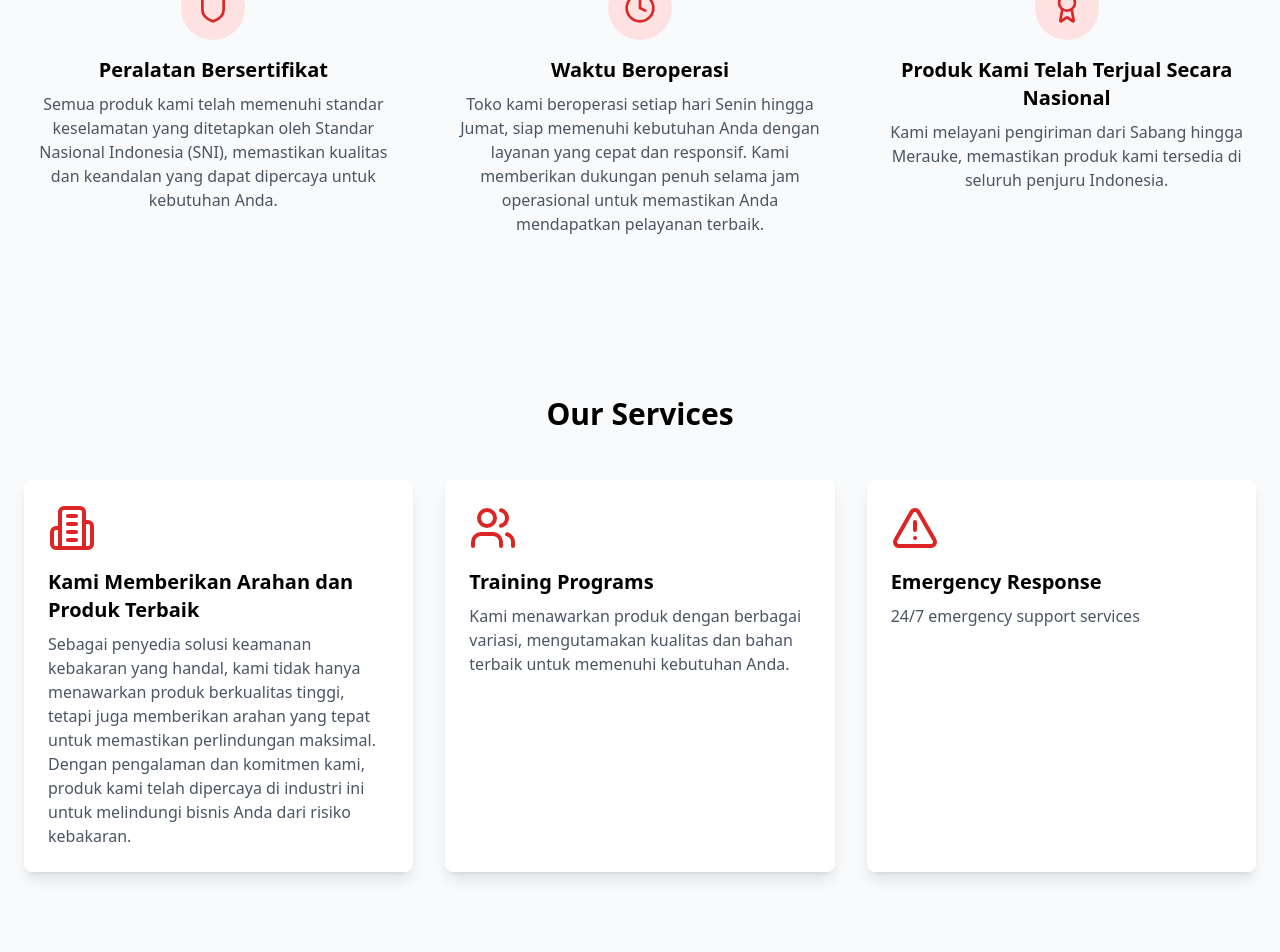
Repository: matrixmas/matrixmas.github.io
Page: /
These files come from the project's save history. The page is drawn as it stood at one moment and after the next save; the edit follows.
The browser window is 1280 px wide. The pictures show the part of the page from y = 704 to 1656 px (the page is 1656 px tall).
The project was rebuilt for these pictures with package versions that can differ from the ones it lists, and the page was loaded fresh each time. Also part of the build but not shown: vite.config.ts, src/components/Header.tsx, src/pages/Products.tsx, src/pages/ProductDetail.tsx, src/pages/About.tsx, src/pages/Contact.tsx.

Above is the page before, as saved 2025-02-04 13:34:21.

### index.html
<!doctype html>
<html lang="en">
  <head>
    <meta charset="UTF-8" />
    <link rel="icon" type="image/svg+xml" href="/vite.svg" />
    <meta name="viewport" content="width=device-width, initial-scale=1.0" />
    <title>Matrix Fire Extinguisher</title>
  </head>
  <body>
    <div id="root"></div>
    <script type="module" src="/src/main.tsx"></script>
  </body>
</html>

### src/App.tsx
import React from 'react';
import { BrowserRouter as Router, Routes, Route } from 'react-router-dom';
import Home from './pages/Home';
import Products from './pages/Products';
import ProductDetail from './pages/ProductDetail';
import About from './pages/About';
import Contact from './pages/Contact';

function App() {
  return (
    <Router>
      <Routes>
        <Route path="/" element={<Home />} />
        <Route path="/products" element={<Products />} />
        <Route path="/products/:id" element={<ProductDetail />} />
        <Route path="/about" element={<About />} />
        <Route path="/contact" element={<Contact />} />
      </Routes>
    </Router>
  );
}

export default App;

### src/pages/Home.tsx
import React from 'react';
import { Shield, Phone, ShoppingCart, Award, Clock, AlertTriangle, FireExtinguisher, Building2, Users } from 'lucide-react';
import { Link } from 'react-router-dom';
import Navbar from '../components/Navbar';

export default function Home() {
  return (
    <div className="min-h-screen bg-white">
      {/* Hero Section */}
      <header className="relative h-[600px]">
        <div className="absolute inset-0 bg-black/50 z-10" />
        <img
          src="https://static.wixstatic.com/media/60950c08c94d45479365133f9df72605.jpg/v1/fill/w_2577,h_1183,al_c,q_90,enc_avif,quality_auto/60950c08c94d45479365133f9df72605.jpg"
          alt="Fire Safety Equipment"
          className="absolute inset-0 w-full h-full object-cover"
        />
        <Navbar />
        <div className="relative z-20 container mx-auto px-6 pt-32">
          <h1 className="text-5xl font-bold text-white mb-6">Jual Alat Pemadam Api Berkualitas dan Ramah Lingkungan di Surabaya</h1>
          <p className="text-xl text-gray-200 mb-8 max-w-2xl">Cari alat pemadam api yang murah namun berkualitas? Matrix Fire Extinguisher hadir dengan pilihan produk alat pemadam api dan peralatan safety lainnya yang ramah lingkungan dan terjangkau. Kami menawarkan solusi terbaik untuk perorangan maupun bisnis, dengan layanan di Surabaya. Hubungi kami untuk mendapatkan produk berkualitas dengan harga kompetitif!</p>
          <div className="flex space-x-4">
            <Link to="/products" className="bg-red-600 text-white px-8 py-3 rounded-lg hover:bg-red-700 flex items-center space-x-2">
              <ShoppingCart className="h-5 w-5" />
              <span>Products</span>
            </Link>
            <Link to="/contact" className="bg-white text-red-600 px-8 py-3 rounded-lg hover:bg-gray-100 flex items-center space-x-2">
              <Phone className="h-5 w-5" />
              <span>Contact Sales</span>
            </Link>
          </div>
        </div>
      </header>

      {/* Features Section */}
      <section className="py-20 bg-gray-50">
        <div className="container mx-auto px-6">
          <div className="grid grid-cols-1 md:grid-cols-3 gap-12">
            <div className="flex flex-col items-center text-center">
              <div className="bg-red-100 p-4 rounded-full mb-4">
                <Shield className="h-8 w-8 text-red-600" />
              </div>
              <h3 className="text-xl font-semibold mb-2">Peralatan Bersertifikat</h3>
              <p className="text-gray-600">Semua produk kami telah memenuhi standar keselamatan yang ditetapkan oleh Standar Nasional Indonesia (SNI), memastikan kualitas dan keandalan yang dapat dipercaya untuk kebutuhan Anda.</p>
            </div>
            <div className="flex flex-col items-center text-center">
              <div className="bg-red-100 p-4 rounded-full mb-4">
                <Clock className="h-8 w-8 text-red-600" />
              </div>
              <h3 className="text-xl font-semibold mb-2">Waktu Beroperasi</h3>
              <p className="text-gray-600">Toko kami beroperasi setiap hari Senin hingga Jumat, siap memenuhi kebutuhan Anda dengan layanan yang cepat dan responsif. Kami memberikan dukungan penuh selama jam operasional untuk memastikan Anda mendapatkan pelayanan terbaik.</p>
            </div>
            <div className="flex flex-col items-center text-center">
              <div className="bg-red-100 p-4 rounded-full mb-4">
                <Award className="h-8 w-8 text-red-600" />
              </div>
              <h3 className="text-xl font-semibold mb-2">Produk Kami Telah Terjual Secara Nasional</h3>
              <p className="text-gray-600">Kami melayani pengiriman dari Sabang hingga Merauke, memastikan produk kami tersedia di seluruh penjuru Indonesia.</p>
            </div>
          </div>
        </div>
      </section>

      {/* Services Section */}
      <section className="py-20 bg-gray-50">
        <div className="container mx-auto px-6">
          <h2 className="text-3xl font-bold text-center mb-12">Our Services</h2>
          <div className="grid grid-cols-1 md:grid-cols-3 gap-8">
            <div className="bg-white p-6 rounded-lg shadow-lg">
              <Building2 className="h-12 w-12 text-red-600 mb-4" />
              <h3 className="text-xl font-semibold mb-2">Kami Memberikan Arahan dan Produk Terbaik</h3>
              <p className="text-gray-600">Sebagai penyedia solusi keamanan kebakaran yang handal, kami tidak hanya menawarkan produk berkualitas tinggi, tetapi juga memberikan arahan yang tepat untuk memastikan perlindungan maksimal. Dengan pengalaman dan komitmen kami, produk kami telah dipercaya di industri ini untuk melindungi bisnis Anda dari risiko kebakaran.</p>
            </div>
            <div className="bg-white p-6 rounded-lg shadow-lg">
              <Users className="h-12 w-12 text-red-600 mb-4" />
              <h3 className="text-xl font-semibold mb-2">Training Programs</h3>
              <p className="text-gray-600">Kami menawarkan produk dengan berbagai variasi, mengutamakan kualitas dan bahan terbaik untuk memenuhi kebutuhan Anda.</p>
            </div>
            <div className="bg-white p-6 rounded-lg shadow-lg">
              <AlertTriangle className="h-12 w-12 text-red-600 mb-4" />
              <h3 className="text-xl font-semibold mb-2">Emergency Response</h3>
              <p className="text-gray-600">24/7 emergency support services</p>
            </div>
          </div>
        </div>
      </section>
    </div>
  );
}

### src/components/Navbar.tsx
import React from 'react';
import { Link } from 'react-router-dom';
import { FireExtinguisher, ShoppingCart } from 'lucide-react';

export default function Navbar() {
  return (
    <nav className="relative z-20 container mx-auto px-6 py-6 flex items-center justify-between">
      <Link to="/" className="flex items-center space-x-2 text-white">
        <FireExtinguisher className="h-8 w-8" />
        <span className="text-2xl font-bold">Matrix Mas</span>
      </Link>
      <div className="flex items-center space-x-8 text-white">
        <Link to="/products" className="hover:text-red-400">Products</Link>
        <Link to="/about" className="hover:text-red-400">About</Link>
        <Link to="/contact" className="hover:text-red-400">Contact</Link>
        <button className="flex items-center space-x-2 bg-red-600 px-4 py-2 rounded-lg hover:bg-red-700">
          <ShoppingCart className="h-5 w-5" />
          <span>Cart (0)</span>
        </button>
      </div>
    </nav>
  );
}

Loaded but not shown: src/main.tsx (common file); src/index.css (common file); tailwind.config.js (common file)

After the next save:
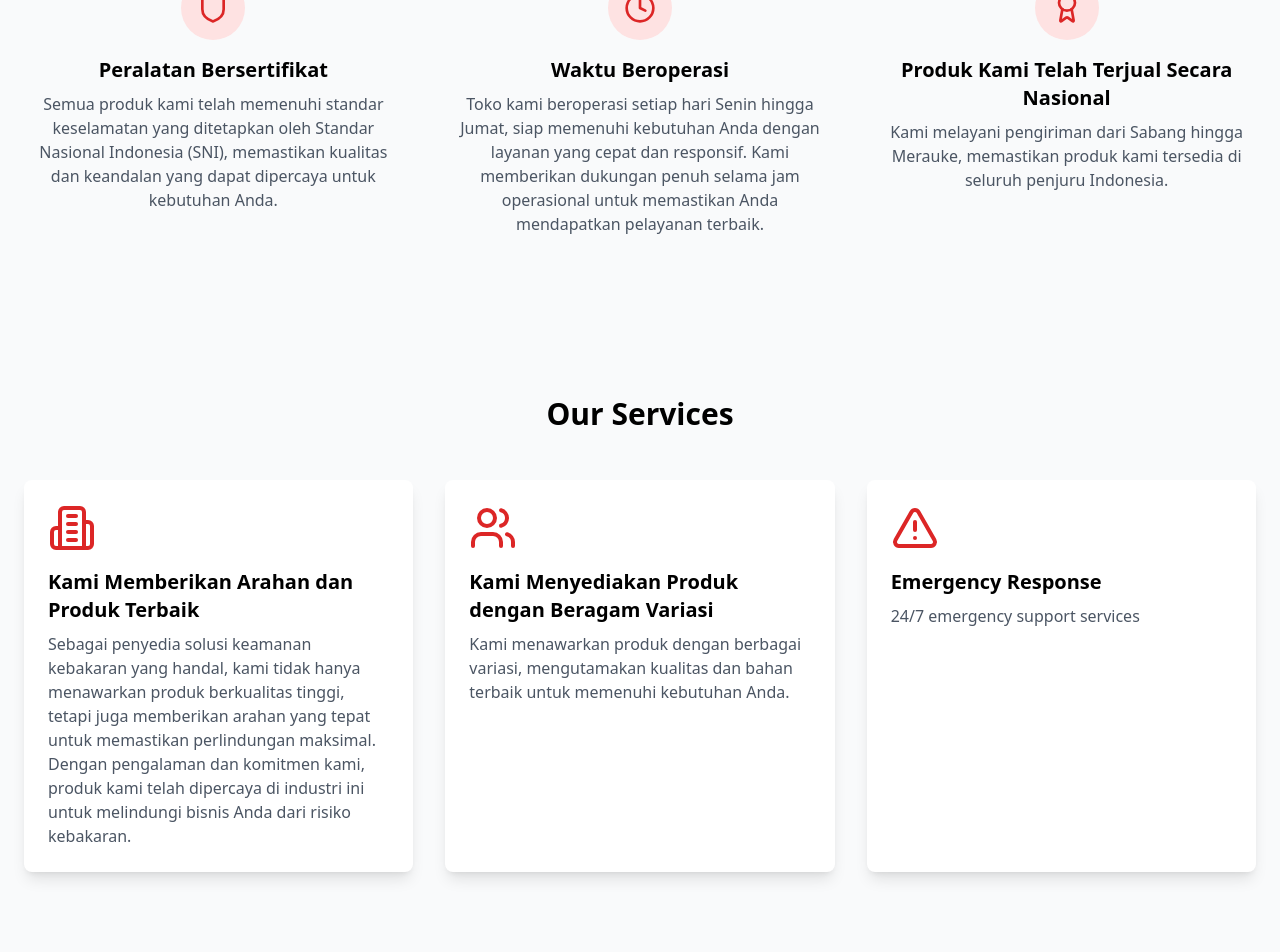
Saved 7 s later.
--- a/src/pages/Home.tsx
+++ b/src/pages/Home.tsx
@@ -72,7 +72,7 @@ export default function Home() {
             </div>
             <div className="bg-white p-6 rounded-lg shadow-lg">
               <Users className="h-12 w-12 text-red-600 mb-4" />
-              <h3 className="text-xl font-semibold mb-2">Training Programs</h3>
+              <h3 className="text-xl font-semibold mb-2">Kami Menyediakan Produk dengan Beragam Variasi</h3>
               <p className="text-gray-600">Kami menawarkan produk dengan berbagai variasi, mengutamakan kualitas dan bahan terbaik untuk memenuhi kebutuhan Anda.</p>
             </div>
             <div className="bg-white p-6 rounded-lg shadow-lg">
